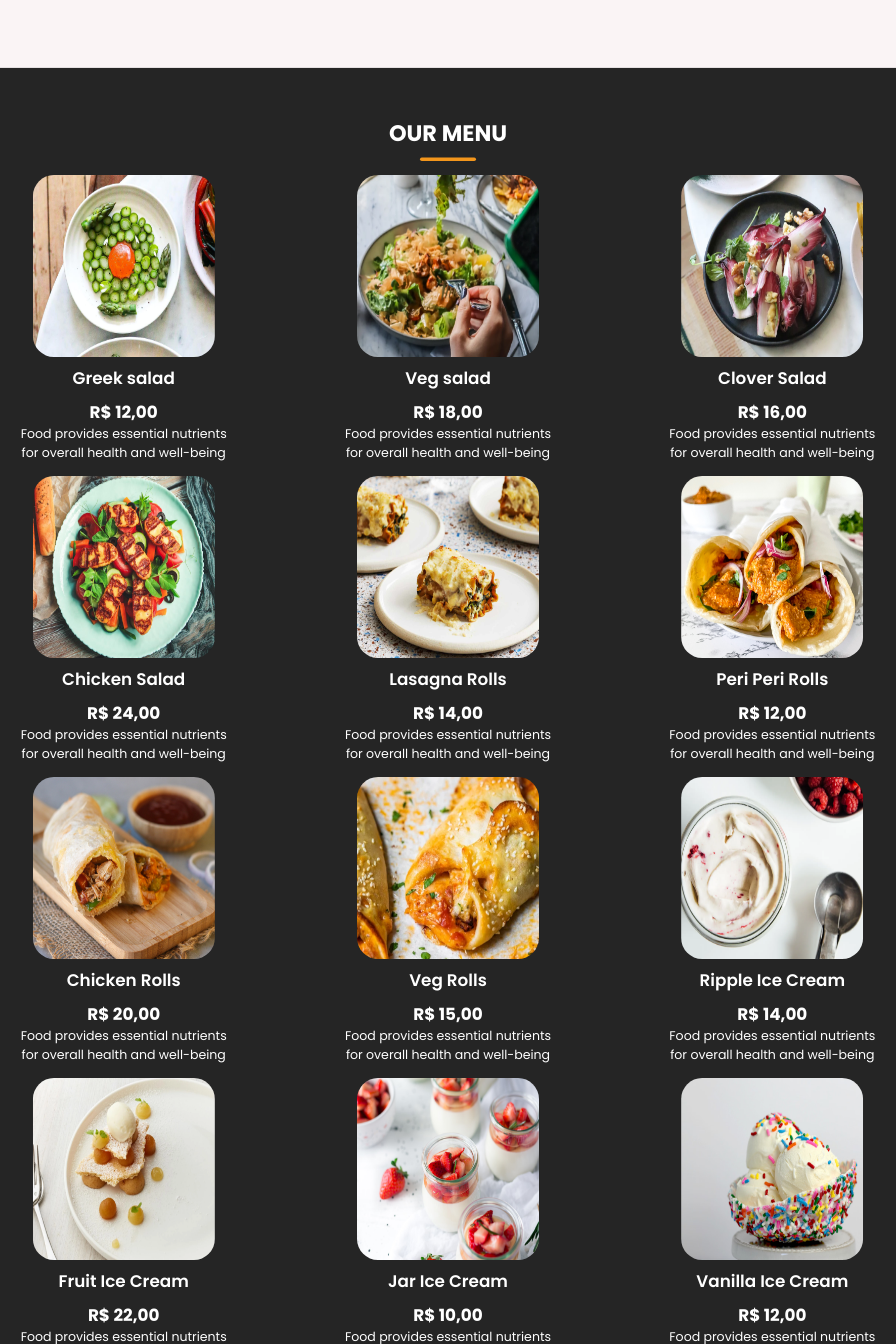
Repository: guilhermecardoso93/coffe-site-vite
Page: /
These files come from the project's save history. The page is drawn as it stood at one moment and after the next save; the edit follows.
The browser window is 1280 px wide. The pictures show the part of the page from y = 1270 to 3190 px (the page is 6331 px tall), at 70% of full size.
Some web fonts or font styles are not loaded; a fallback is used. The project was rebuilt for these pictures with package versions that can differ from the ones it lists, and the page was loaded fresh each time. Also part of the build but not shown: vite.config.js.

Above is the page before, as saved 2024-11-21 19:02:54.

After the next save:
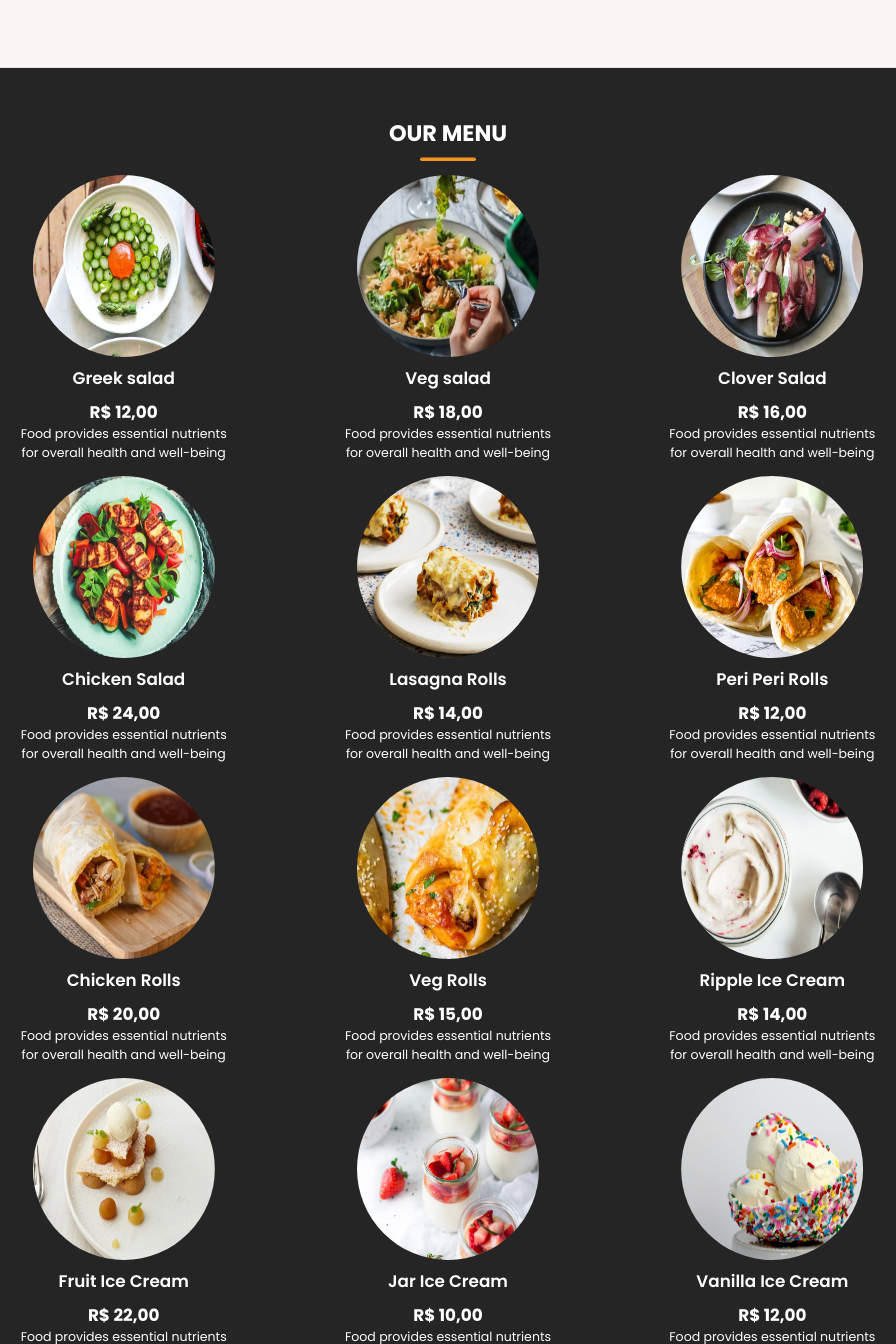
Saved 25 s later.
--- a/src/components/Menu/styles.css
+++ b/src/components/Menu/styles.css
@@ -29,7 +29,7 @@
 .menu-section .menu-list .menu-item .menu-image {
   max-width: 83%;
   aspect-ratio: 1;
-  border-radius:  var(--border-radius-m);
+  border-radius: var(--border-radius-circle);
 }
 
 .menu-section .menu-list .menu-item .name {
